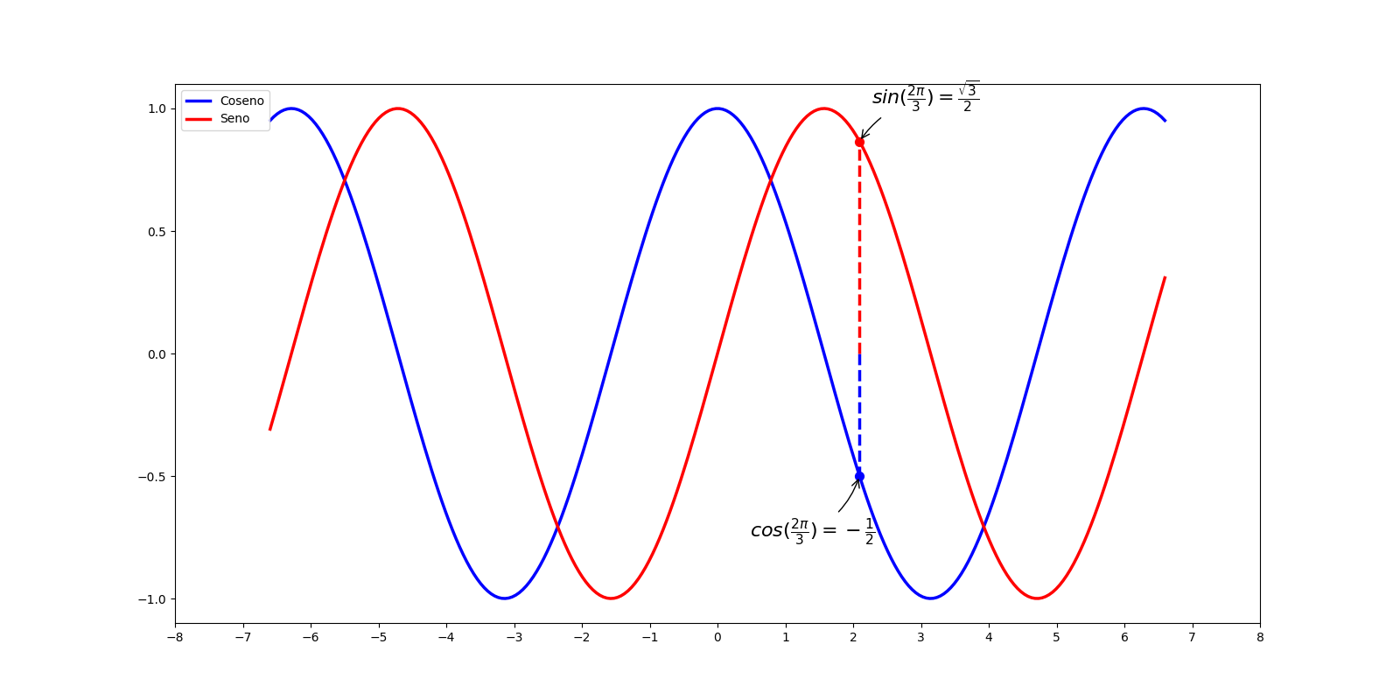
Repository: Jaamunozr/Archivos-python
Script's output: python Archivos Python/Graficas/ejecutable.py
The author's editor kept a copy of each file at every save. The script's output is drawn from the files as they stood at one save, then again after the next save.
Figures wider than 1,400 px are first shrunk to that width. Animations are shown at an early frame. Random numbers start from a fixed seed.

Above is the script's output before, as saved 2020-02-16 22:06:48.

### Archivos Python/Graficas/ejecutable.py
import pylab as pl
import numpy as np

# Crear una figura de 8x6 puntos de tamaño, 80 puntos por pulgada (Se modifica a 16x8)
pl.figure(figsize=(16, 8), dpi=100)

# Crear una nueva subgráfica en una rejilla de 1x1 (se podrian crean una de dos graficas en una reijlla)
pl.subplot(1, 1, 1)
# Obtencion de datos para seno y coseno (Desde -2pi hasta 2pi)
X = np.linspace(-2.1*np.pi, 2.1*np.pi, 256, endpoint=True) #el numero 256 es la cantidad de datos en ese intervalo
C, S = np.cos(X), np.sin(X)

# Graficar la función coseno con una línea continua azul de 1 pixel de grosor
pl.plot(X, C, color="blue", linewidth=1.0, linestyle="-")

# Graficar la función seno con una línea continua verde de 1 pixel de grosor
pl.plot(X, S, color="green", linewidth=1.0, linestyle="-")

# Establecer límites del eje x (Divisiones en X)
pl.xlim(-8.0, 8.0)

# Ticks en x(Impresión de intervalos, cantidad de datos mostrados en el eje)
pl.xticks(np.linspace(-8, 8, 17, endpoint=True))

# Establecer límites del eje y (Divisiones en Y)
pl.ylim(-1.0, 1.0)

# Ticks en y (Impresión de intervalos, cantidad de datos mostrados en el eje)
pl.yticks(np.linspace(-1, 1, 5, endpoint=True))

'''Otra opcion de determinar los limites a imprimir
pl.xticks([-np.pi, -np.pi/2, 0, np.pi/2, np.pi])
pl.yticks([-1, 0, +1]) '''
#AGREGAR LINEAS DE EJES Y QUITAR EL RECUADRO:
'''
ax = pl.gca()
ax.spines['right'].set_color('none')
ax.spines['top'].set_color('none')
ax.xaxis.set_ticks_position('bottom')
ax.spines['bottom'].set_position(('data',0))
ax.yaxis.set_ticks_position('left')
ax.spines['left'].set_position(('data',0))'''

# Guardar la figura usando 72 puntos por pulgada
# savefig("exercice_2.png", dpi=72)

#Indicamos los espacios entre los bordes de grafica y las graficas
#pl.xlim(X.min() * 1.1, X.max() * 1.1)
pl.ylim(C.min() * 1.1, C.max() * 1.1)

#AGREGRA UNA LEYENDA
pl.plot(X, C, color="blue", linewidth=2.5, linestyle="-", label="Coseno")
pl.plot(X, S, color="red",  linewidth=2.5, linestyle="-", label="Seno")
pl.legend(loc='upper left')

#AGREGRA UNA ANOTACION EN UN PUNTO CONOCIDO
t = 2 * np.pi / 3
#Para coseno------------------------------------------------------------------------------------
#pl.plot([0, np.cos(t)], [t, np.cos(t)], color='blue', linewidth=2.5, linestyle="--")
pl.plot([t, t], [0, np.cos(t)], color='blue', linewidth=2.5, linestyle="--")
pl.scatter([t, ], [np.cos(t), ], 50, color='blue') #DEFINE LAS CARACTERISTICAS DEN PUNTO (CIRCULO)
pl.annotate(r'$sin(\frac{2\pi}{3})=\frac{\sqrt{3}}{2}$',#DATOS A IMPRIMIR DEL TEXTO
            xy=(t, np.sin(t)), xycoords='data', #COORDENADAS DE REFERENCIA PARA LA FLECHA Y EL TEXTO
            xytext=(+10, +30), textcoords='offset points', fontsize=16,#INDICAN POSICION DEL TEXTO
            arrowprops=dict(arrowstyle="->", connectionstyle="arc3,rad=.2")) #DIRECCION DE LA FLECHA
#Para seno--------------------------------------------------------------------------------------
pl.plot([t, t],[0, np.sin(t)], color='red', linewidth=2.5, linestyle="--")
pl.scatter([t, ],[np.sin(t), ], 50, color='red')
pl.annotate(r'$cos(\frac{2\pi}{3})=-\frac{1}{2}$',
            xy=(t, np.cos(t)), xycoords='data',
            xytext=(-90, -50), textcoords='offset points', fontsize=16,
            arrowprops=dict(arrowstyle="->", connectionstyle="arc3,rad=.2"))#DIRECCION DE LA FLECHA




# Mostrar resultado en pantalla (Con 2 segundos de muestreo)
pl.pause(100)

After the next save:
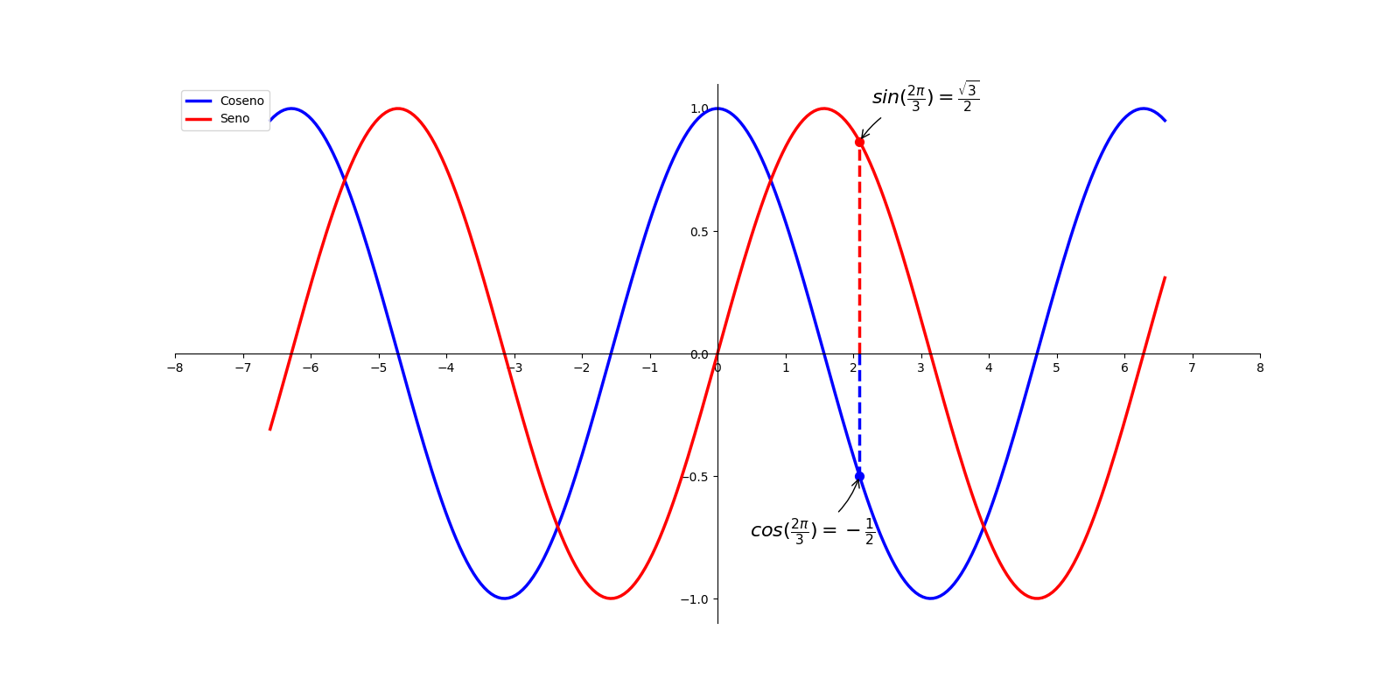
Saved 58 s later.
--- a/Archivos Python/Graficas/ejecutable.py
+++ b/Archivos Python/Graficas/ejecutable.py
@@ -32,14 +32,14 @@ pl.yticks(np.linspace(-1, 1, 5, endpoint=True))
 pl.xticks([-np.pi, -np.pi/2, 0, np.pi/2, np.pi])
 pl.yticks([-1, 0, +1]) '''
 #AGREGAR LINEAS DE EJES Y QUITAR EL RECUADRO:
-'''
+
 ax = pl.gca()
 ax.spines['right'].set_color('none')
 ax.spines['top'].set_color('none')
 ax.xaxis.set_ticks_position('bottom')
 ax.spines['bottom'].set_position(('data',0))
 ax.yaxis.set_ticks_position('left')
-ax.spines['left'].set_position(('data',0))'''
+ax.spines['left'].set_position(('data',0))
 
 # Guardar la figura usando 72 puntos por pulgada
 # savefig("exercice_2.png", dpi=72)
